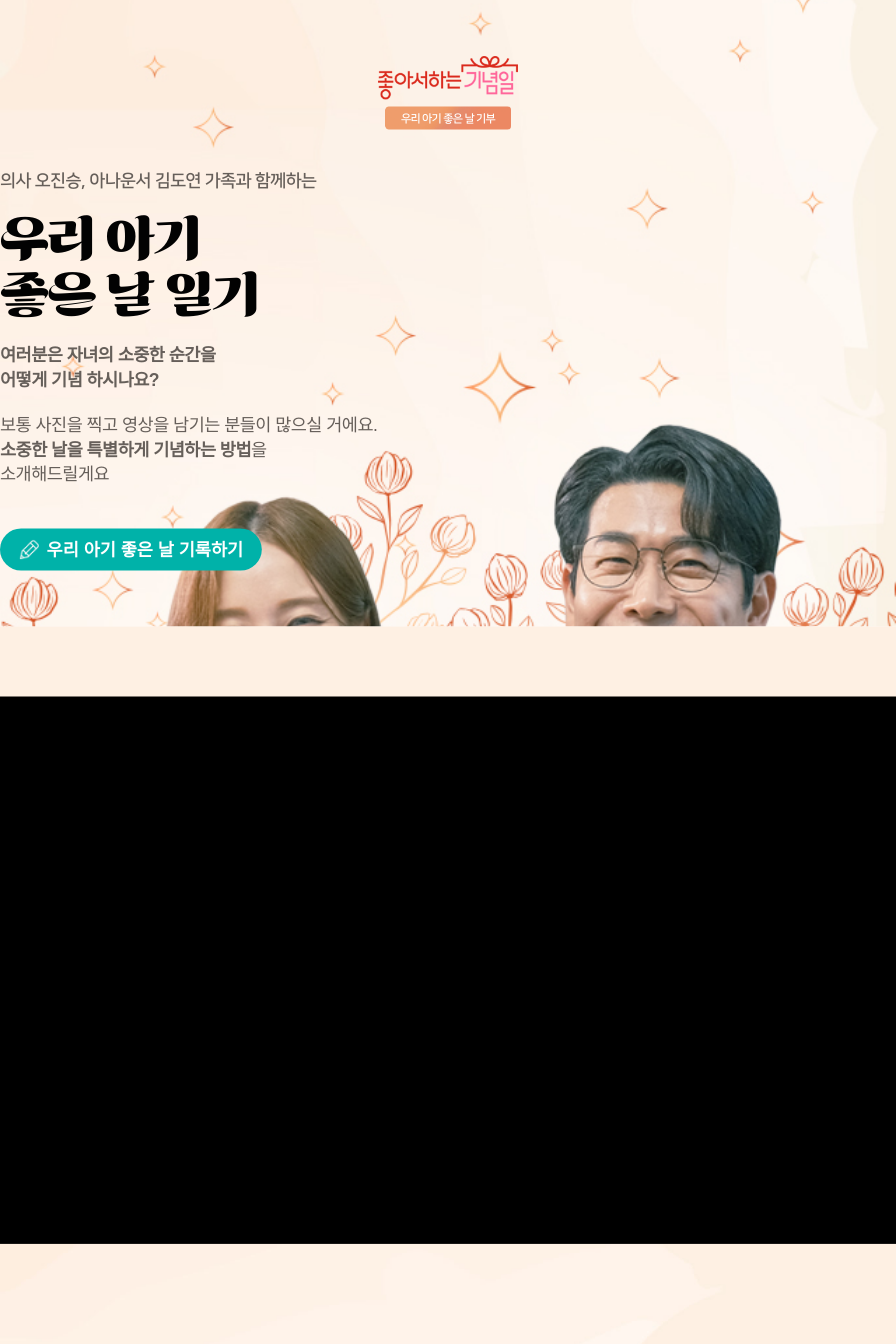
Repository: dlgywls1130/saveTheChildren_2024
Page: index.html
The author's editor kept a copy of each file at every save. The page is drawn from the files as they stood at one save, then again after the next save.
The browser window is 1280 px wide. The pictures show the part of the page from y = 0 to 1920 px (the page is 13170 px tall before and 13150 px after), at 70% of full size.
Some web fonts or font styles are not loaded; a fallback is used. The style sheet was rebuilt from its Sass, Less or Tailwind sources for each picture, by a compiler version that may differ from the author's.

Above is the page before, as saved 2024-11-03 20:30:33.

After the next save:
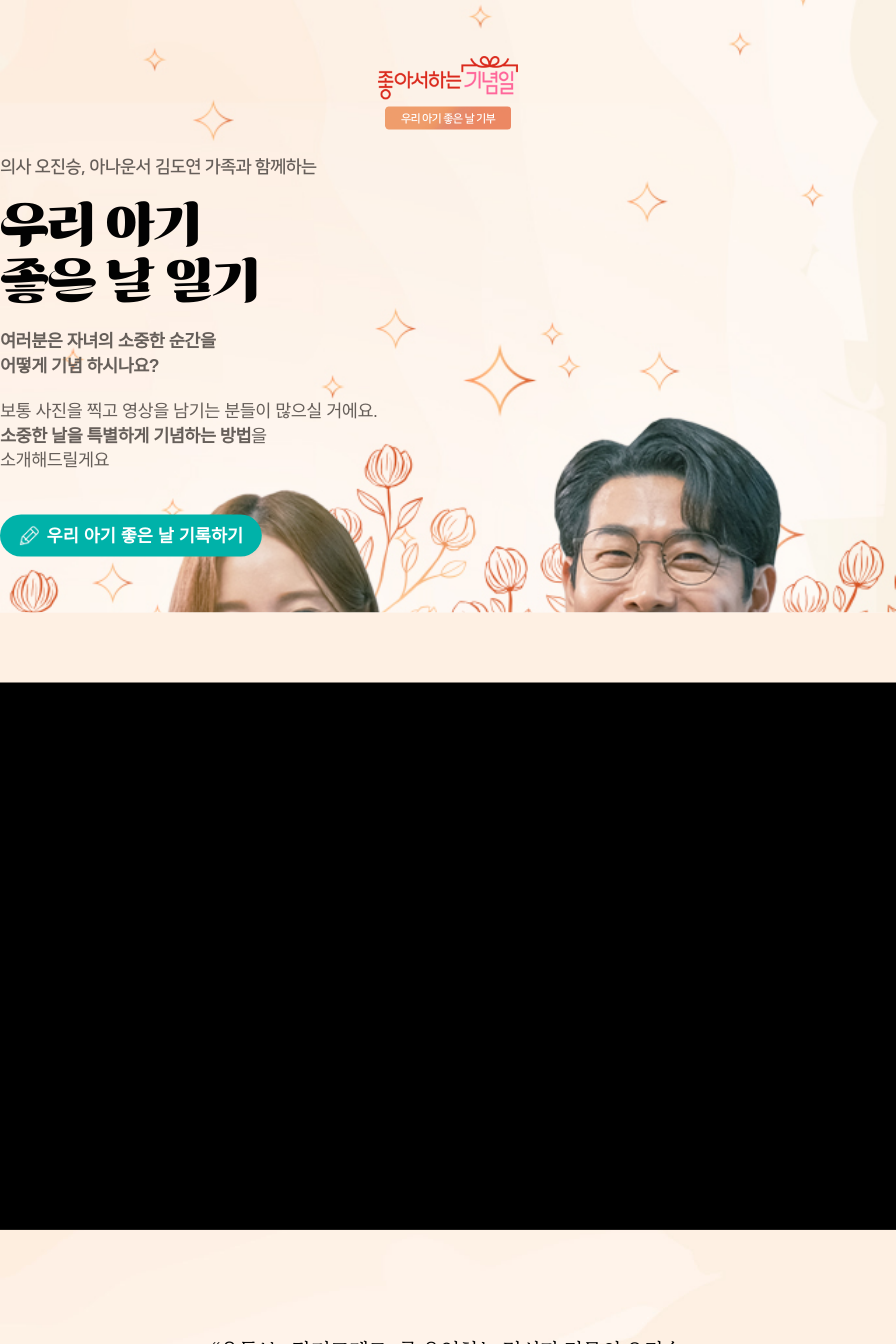
Saved 73 s later.
--- a/index.html
+++ b/index.html
@@ -12,7 +12,7 @@
     <!-- main -->
     <section class="main_container">
         <div class="container">
-            <div class="logo_title mb-60">
+            <div class="logo_title mb-40">
                 <img src="./images/logo.png" alt="logo">
                 <p>우리 아기 좋은 날 기부</p>
             </div>
